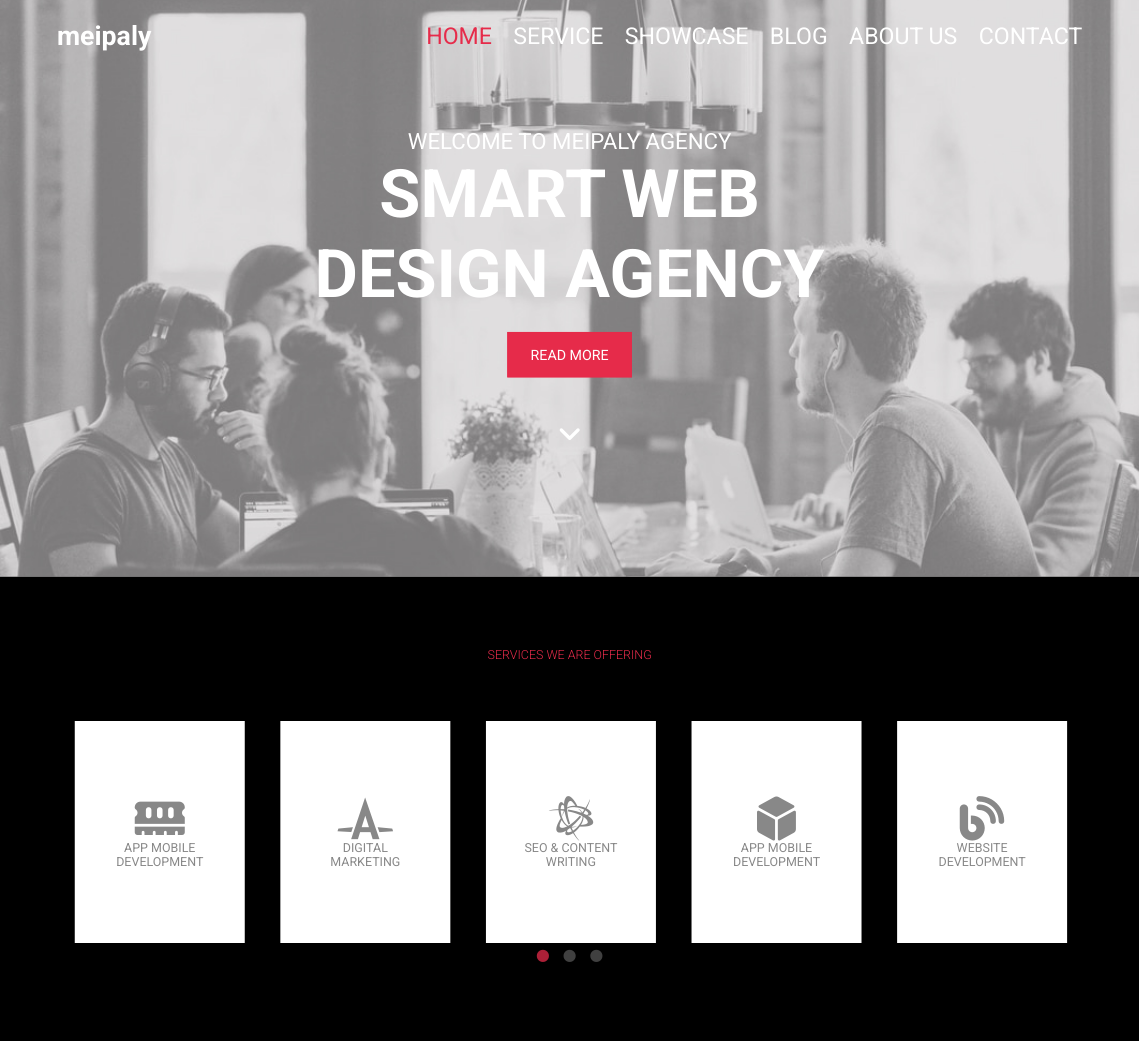
Repository: ducdatit2002/meipaly
Page: index.html
These files come from the project's save history. The page is drawn as it stood at one moment and after the next save; the edit follows.
The browser window is 1280 px wide. The pictures show the whole page, at 89% of full size.

Above is the page before, as saved 2023-07-17 11:05:30.

### index.html
<!DOCTYPE html>
<html lang="en">
  <head>
    <meta charset="UTF-8" />
    <meta name="viewport" content="width=device-width, initial-scale=1.0" />
    <title>Meipaly</title>
    <link rel="stylesheet" href="./index.css" />
    <link
      rel="stylesheet"
      href="https://cdnjs.cloudflare.com/ajax/libs/font-awesome/6.4.0/css/all.min.css"
      integrity="sha512-iecdLmaskl7CVkqkXNQ/ZH/XLlvWZOJyj7Yy7tcenmpD1ypASozpmT/E0iPtmFIB46ZmdtAc9eNBvH0H/ZpiBw=="
      crossorigin="anonymous"
      referrerpolicy="no-referrer"
    />
    <link rel="preconnect" href="https://fonts.googleapis.com">
    <link rel="preconnect" href="https://fonts.gstatic.com" crossorigin>
    <link
        href="https://fonts.googleapis.com/css2?family=Open+Sans:wght@300;400;500;600&family=Roboto:wght@300;400;500;700&display=swap"
        rel="stylesheet">
    <!-- FONT AWESOME -->
    <link rel="stylesheet" href="https://cdnjs.cloudflare.com/ajax/libs/font-awesome/6.4.0/css/all.min.css"
      integrity="sha512-iecdLmaskl7CVkqkXNQ/ZH/XLlvWZOJyj7Yy7tcenmpD1ypASozpmT/E0iPtmFIB46ZmdtAc9eNBvH0H/ZpiBw=="
      crossorigin="anonymous" referrerpolicy="no-referrer" />
    <!-- Slick CSS -->
    <link rel="stylesheet" type="text/css" href="./slick-1.8.1/slick/slick.css" />

    <link rel="stylesheet" type="text/css" href="./slick-1.8.1/slick/slick-theme.css" />

  <body>
    <header>
      <div class="header__container container">
        <span>meipaly</span>
        <nav>
            <a href="#" class="active">HOME</a>
            <a href="#">SERVICE</a>
            <a href="#">SHOWCASE</a>
            <a href="#">BLOG</a>
            <a href="#">ABOUT US</a>
            <a href="#">CONTACT</a>
        </nav>
      </div>
    </header>
    <section class="banner">
        <div class="banner__container">
            <p>WELCOME TO MEIPALY AGENCY</p>
            <h2>
                SMART WEB
                DESIGN AGENCY
            </h2>
            <button>READ MORE</button>
            <i class="fa fa-angle-down"></i>
        </div>
    </section>
    <section class="carousel">
      <div class="carousel__title">
        <p>SERVICES WE ARE OFFERING</p>
        <h2>WE DESIGN DIGITAL PRODUCTS THAT HELP GROW BUSINESSES.</h2>
        <p>
          We are committed to providing our customers with exceptional service while offering
          <br>
          our employees the best training.
        </p>
      </div>
      <div class="container">
        <div class="carousel__list">
          <!-- START LIST ITEM -->
          <div class="carousel__item">
            <div class="item__container">
              <i class="fa fa-memory"></i>
              <p>APP MOBILE <br>DEVELOPMENT </p>
            </div>
          </div>
          <div class="carousel__item">
            <div class="item__container">
              <i class="fab fa-autoprefixer"></i>
              <p>DIGITAL <br>MARKETING</p>
            </div>
          </div>
          <div class="carousel__item">
            <div class="item__container">
              <i class="fab fa-battle-net"></i>
              <p>SEO & CONTENT <br>WRITING</p>
            </div>
          </div>
          <div class="carousel__item">
            <div class="item__container">
              <i class="fa fa-dice-d6"></i>
              <p>APP MOBILE <br>DEVELOPMENT </p>
            </div>
          </div>
          <div class="carousel__item">
            <div class="item__container">
              <i class="fa fa-blog"></i>
              <p>WEBSITE <br>DEVELOPMENT</p>
            </div>
          </div>
          <div class="carousel__item">
            <div class="item__container">
              <i class="fa fa-blog"></i>
              <p>WEBSITE <br>DEVELOPMENT</p>
            </div>
          </div>
          <div class="carousel__item">
            <div class="item__container">
              <i class="fa fa-blog"></i>
              <p>WEBSITE <br>DEVELOPMENT</p>
            </div>
          </div>
          <!-- END LIST ITEM -->
        </div>
      </div>

    </section>
    <section class="blog"></section>
    <section class="number"></section>
    <section class="experience"></section>
    <section class="contact"></section>
    <footer></footer>
    <!-- JQuery -->
    <script src="https://code.jquery.com/jquery-1.12.4.js" integrity="sha256-Qw82+bXyGq6MydymqBxNPYTaUXXq7c8v3CwiYwLLNXU="
      crossorigin="anonymous"></script>
    <!-- Slick -->
    <script src="./slick-1.8.1/slick/slick.js"></script>
    <script>
      $(document).ready(function () {
          $('.carousel__list').slick({
            infinite: true,
            slidesToShow: 5,
            slidesToScroll: 3,
            arrows: false,
            dots:true
            // setting- name: setting - value
        });
      });
    </script>

  </body>
</html>

### index.css
*{
    padding: 0;
    margin: 0;
    box-sizing: border-box;
    font-family: 'Open Sans', sans-serif;
    font-family: 'Roboto', sans-serif;
}
/* flex => list */
header {
    position: absolute;
    width: 100%;
    display: flex;
    justify-content: center;
}
.container {
    width: 90%;
    max-width: 1200px;
    margin: 0 auto;
}
.header__container {
    height: 80px;
    display: flex;
    justify-content: space-between;
    align-items: center;
}
/* Trục chính default là chiều ngang */
/* Justify-content: trục chính */
/* align-items: trục phụ */
header span {
    font-size: 30px;
    font-weight: 800;
    color: white;
}
header a {
    color: white;
    text-decoration: none;
    text-transform: uppercase;
    margin-left: 20px;
    font-size: 26px;
    transition: 0.5s;
}
header a.active, header a:hover {
    color: #e62b4a;
}

/* BANNER */
.banner {
    background-image: url(./img/home_slider.jpg);
    height: 90vh;
    min-height: 500px;
    background-repeat: no-repeat;
    background-size: cover;
    background-position: center;
    /*  */
    display: flex;
    align-items: center;
    justify-content: center;
}
.banner__container {
    width: 600px;
    height: 400px;
    display: flex;
    flex-direction: column;
    /* chuyển trục chính từ ngang sang dọc */
    justify-content: center;
    align-items: center;
    color: white;
}
.banner__container p{
    font-size: 25px;
}
.banner__container h2 {
    font-size: 75px;
    line-height: 90px;
    text-align: center;
}
.banner__container button {
    font-size: 16px;
    margin-top: 20px;
    padding: 15px 25px;
    background-color: #e62b4a;
    color: white;
    border: 1px solid #e62b4a;
    cursor: pointer;
    transition: all 0.5s;
}
.banner__container button:hover {
    background-color: #af2239;
}
.banner__container i {
    margin-top: 50px;
    font-size: 30px;
    animation-name: animate_arrow ;
    animation-duration: 1s;
    animation-iteration-count: infinite;
}



/* CAROUSEL */
.carousel {
    background: #000;
    padding: 80px 0;
}
.carousel__item {
    padding: 0 20px;
}
.carousel__item i {
    font-size: 50px;
    color: #888888;
}
.carousel__item p {
    font-size: 14px;
    text-align: center;
    color: #888888;
}
.carousel__title {
    text-align: center;
}
.carousel__title p:first-of-type{
    font-size: 14px;
    color: #e62b4a;
    font-weight: 300;
}
.item__container {
    background: white;
    height: 250px;
    display: flex;
    flex-direction: column;
    justify-content: center;
    align-items: center;
    position: relative;
}
.item__container::before {
    content: "";
    display: block;
    position: absolute;
    right: 0;
    top: 0;
    width: 5px;
    background: #e62b4a;
    height: 0%;
    transition: 0.3s;
}
.item__container:hover::before {
    height: 100%;
}
.slick-dots li button:before {
    color: white !important;
    font-size: 16px !important;
}

.slick-dots li.slick-active button:before {
    color: #e62b4a !important;
    font-size: 16px;
}
@keyframes animate_arrow {
    from {
        opacity: 1;
        transform: translateY(0px);
    }

    to {
        opacity: 0;
        transform: translateY(100px);
    }
}

Loaded but not shown: slick-1.8.1/slick/slick.css (common file); slick-1.8.1/slick/slick-theme.css (library); slick-1.8.1/slick/slick.js (library)

After the next save:
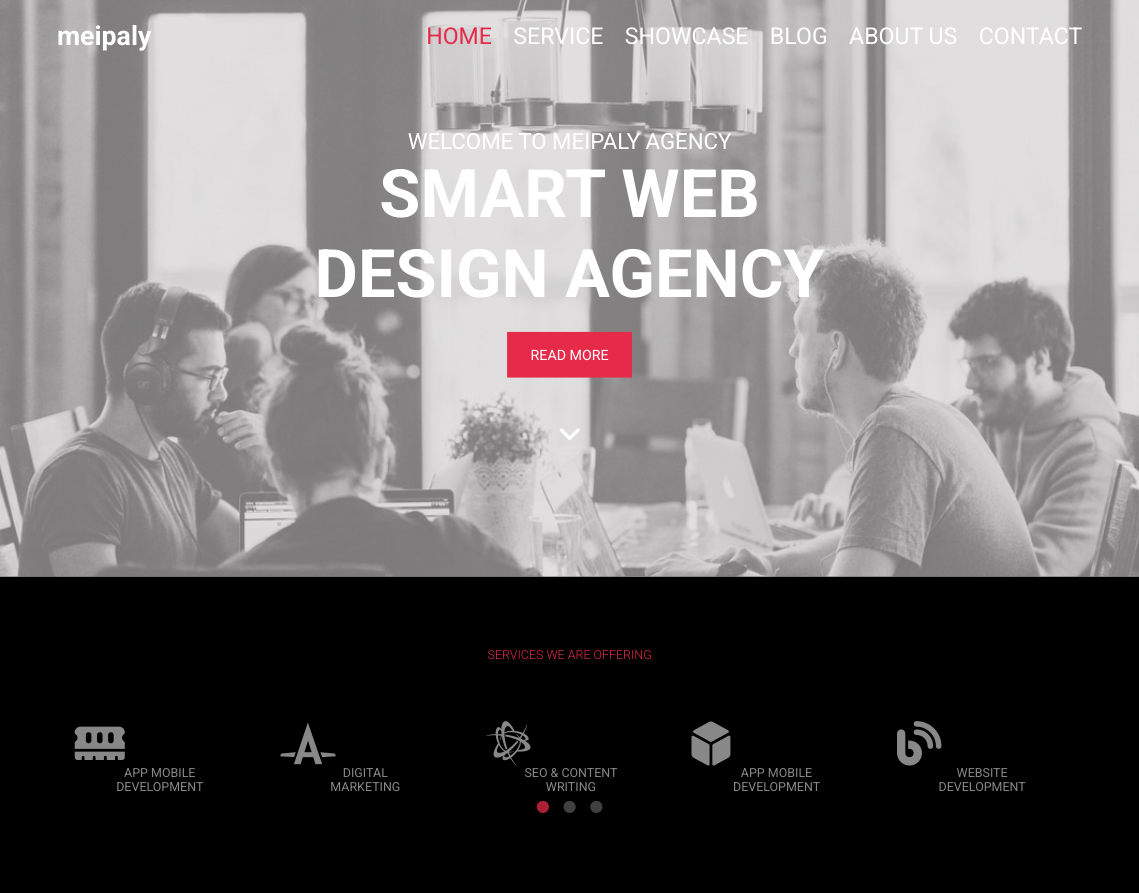
Saved 19 s later.
--- a/index.css
+++ b/index.css
@@ -122,6 +122,7 @@
     color: #e62b4a;
     font-weight: 300;
 }
+.c
 .item__container {
     background: white;
     height: 250px;

After the save that followed:
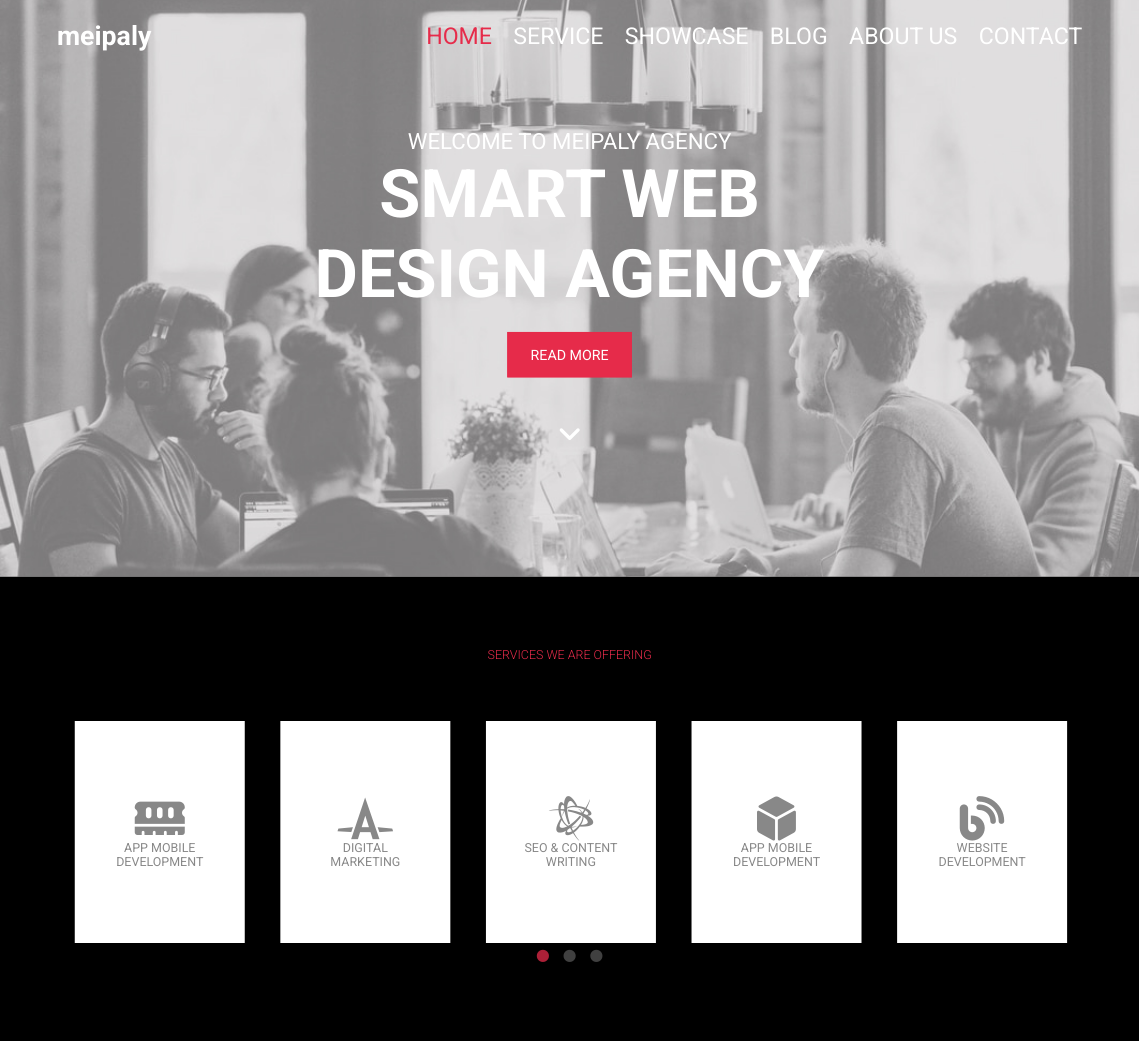
Saved 5 s later.
--- a/index.css
+++ b/index.css
@@ -122,7 +122,9 @@
     color: #e62b4a;
     font-weight: 300;
 }
-.c
+.carousel__title p{
+
+}
 .item__container {
     background: white;
     height: 250px;
